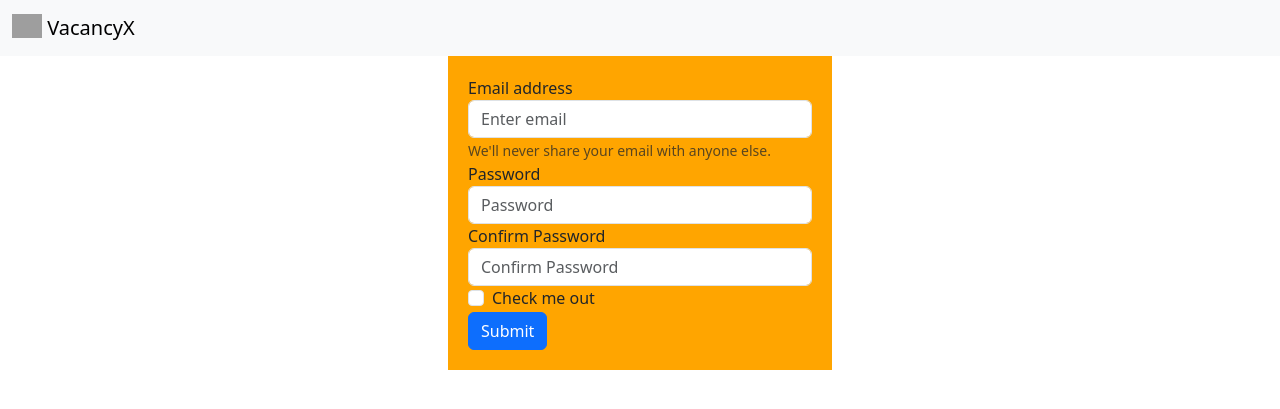
Repository: zipArk99/Vacancy-portal-serv
Page: http://localhost/VacancyPortal/
The author's editor kept a copy of each file at every save. The page is drawn from the files as they stood at one save, then again after the next save.
The browser window is 1280 px wide. The pictures show the whole page.
Pictures or frames that could not be fetched are drawn as grey boxes. The page is served by Tomcat 9.

Above is the page before, as saved 2024-08-14 10:14:36.

After the next save:
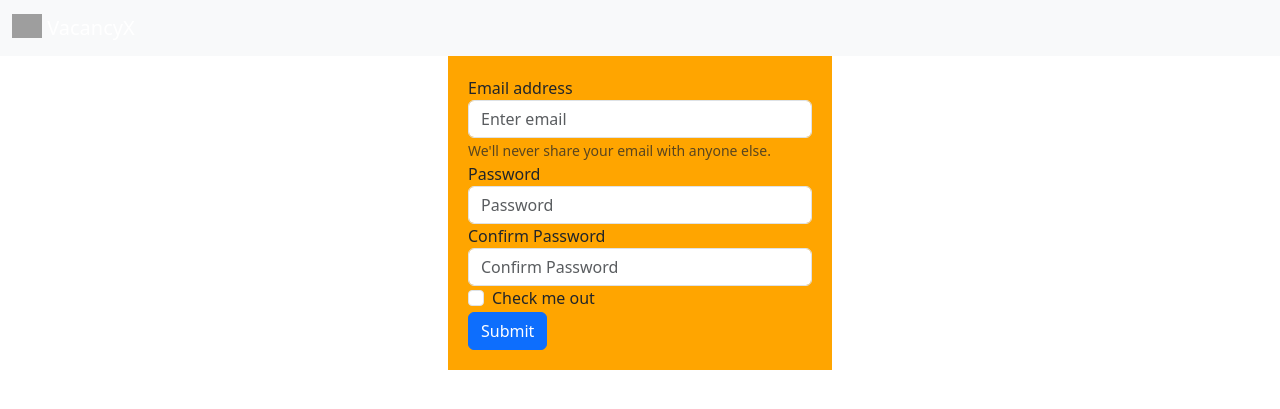
Saved 52 s later.
--- a/VacancyPortal/src/main/webapp/header.jsp
+++ b/VacancyPortal/src/main/webapp/header.jsp
@@ -10,7 +10,7 @@
   </head>
 <body>
 
-<nav class="navbar navbar-light bg-light">
+<nav class="navbar navbar-dark bg-light">
   <div class="container-fluid">
     <a class="navbar-brand" href="#">
       <img src="/docs/5.0/assets/brand/bootstrap-logo.svg" alt="" width="30" height="24" class="d-inline-block align-text-top">
